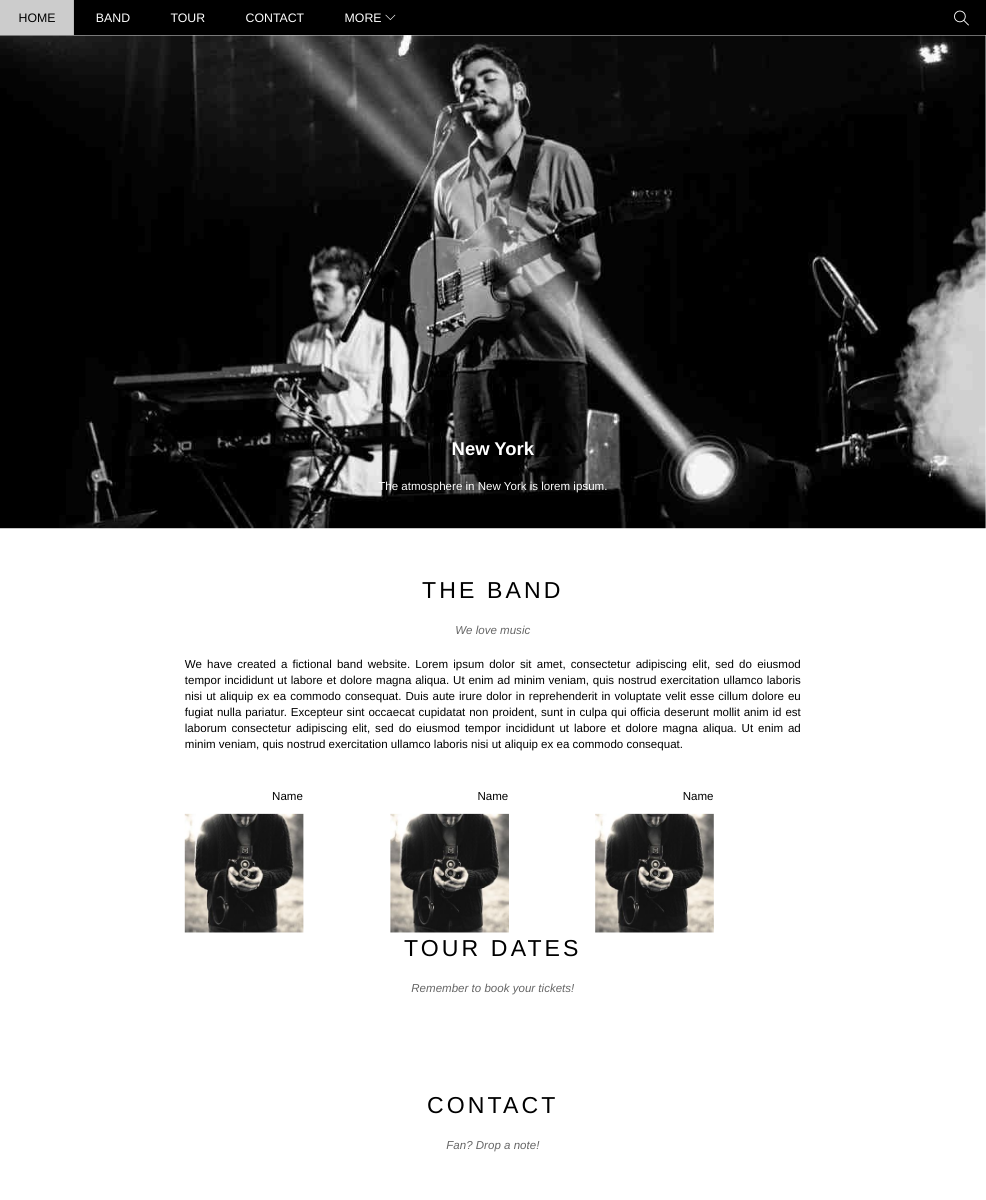
Repository: vophuocthanh/phuocthanhk03
Page: index.html
The author's editor kept a copy of each file at every save. The page is drawn from the files as they stood at one save, then again after the next save.
The browser window is 1280 px wide. The pictures show the whole page, at 77% of full size.

Above is the page before, as saved 2022-03-03 23:45:40.

After the next save:
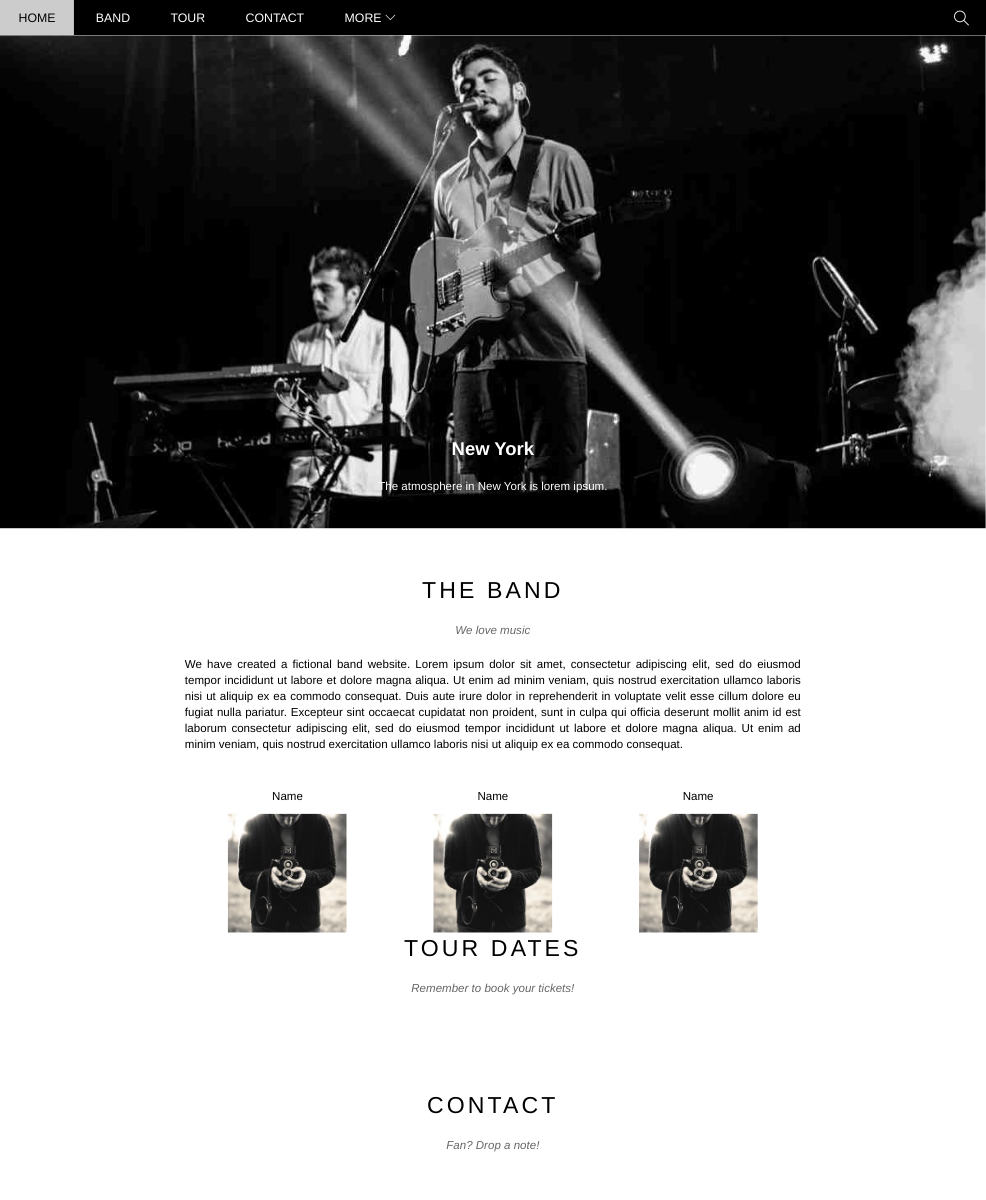
Saved 46 s later.
--- a/asset/css/style.css
+++ b/asset/css/style.css
@@ -175,11 +175,11 @@ html {
 #content .member-item {
     float: left;
     width: 33.3333%;
+    text-align: center;
 }
 
 #content .member-name {
     font-size: 15px;
-    text-align: center;
 }
 
 #content .member-img {
